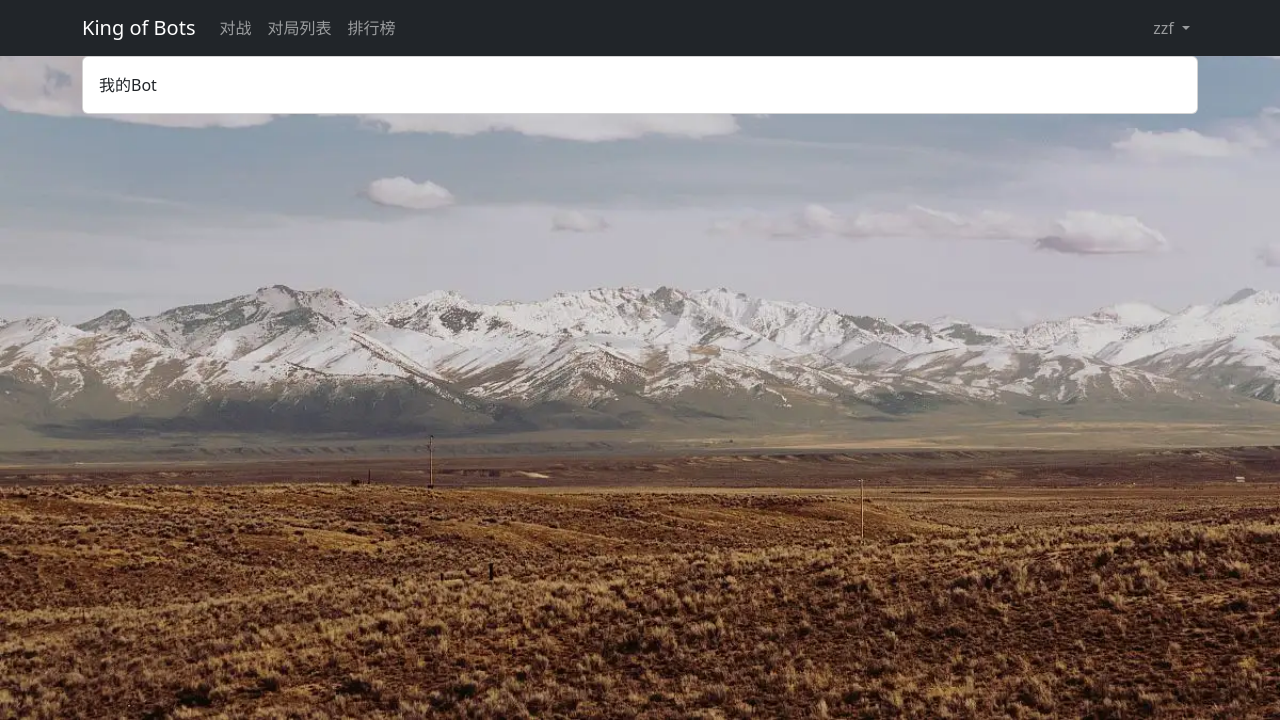
Repository: Chasingwind-Z/Kob
Page: /user/bot/ (app in web/)
An editor plug-in stored every save of this project. The page is shown before and after the next save, followed by the edit.
The browser window is 1280 px wide. The pictures show the whole page.
The project was rebuilt for these pictures with package versions that can differ from the ones it lists, and the page was loaded fresh each time. Also part of the build but not shown: web/vue.config.js, web/src/views/pk/PkIndexView.vue, web/src/views/record/RecordIndexView.vue, web/src/views/ranklist/RanklistIndexView.vue, web/src/views/error/NotFound.vue.

Above is the page before, as saved 2023-02-09 21:02:17.

After the next save:
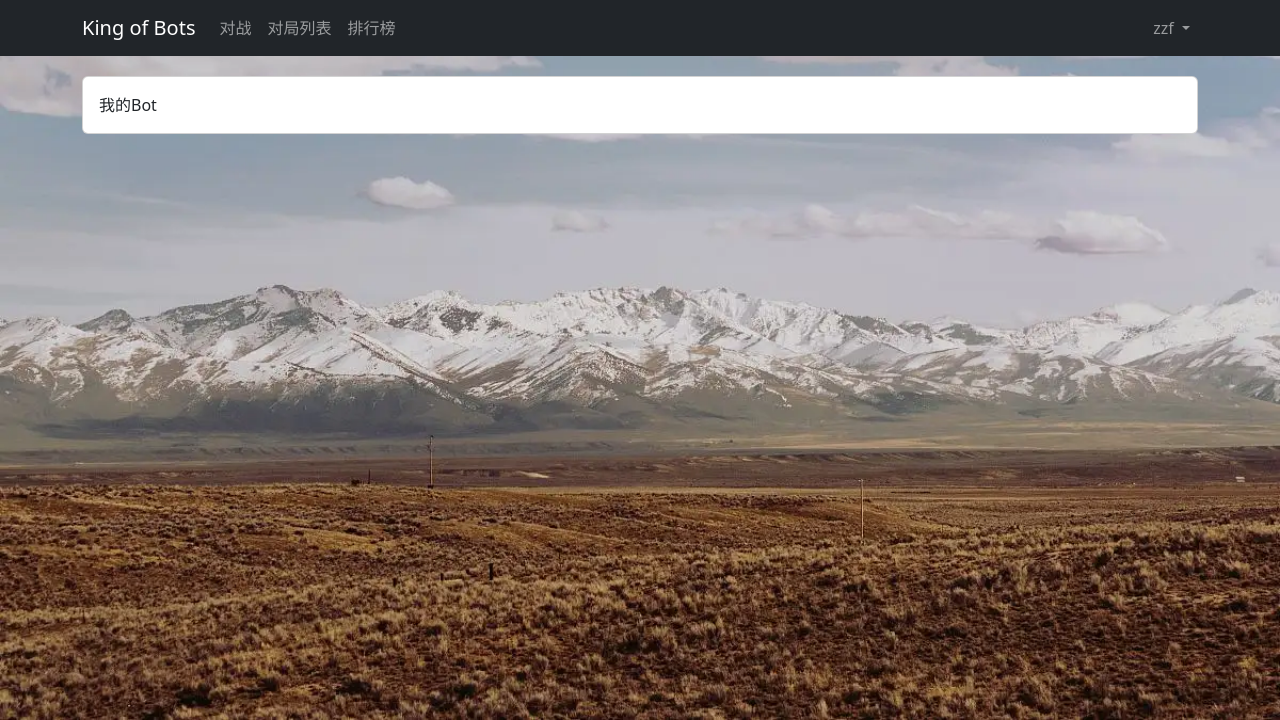
Saved 114 s later.
--- a/web/src/components/ContentField.vue
+++ b/web/src/components/ContentField.vue
@@ -1,5 +1,5 @@
 <template>
-  <div class="container">
+  <div class="container content-field">
     <div class="card">
       <div class="card-body">
         <slot></slot>
@@ -10,4 +10,8 @@
 
 <script></script>
 
-<style scoped></style>
+<style scoped>
+div.content-field {
+  margin-top: 20px;
+}
+</style>
